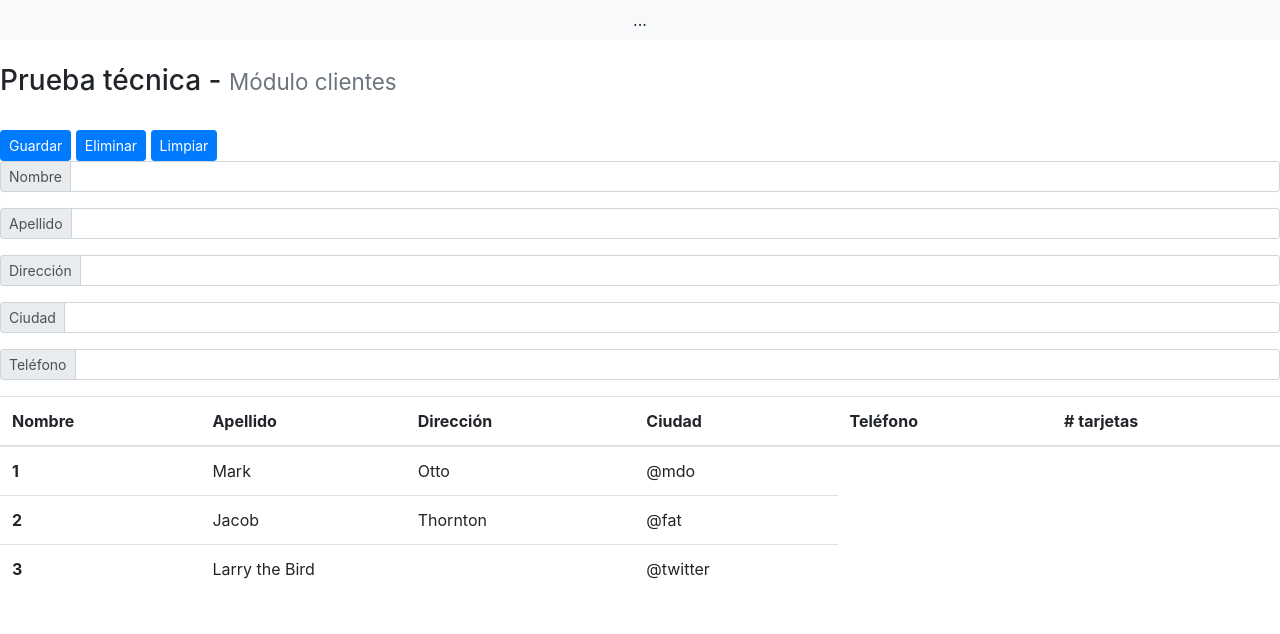
Repository: analozano16/ibm
Page: prueba_banco_war/src/main/webapp/index.html
These files come from the project's save history. The page is drawn as it stood at one moment and after the next save; the edit follows.
The browser window is 1280 px wide. The pictures show the whole page.
Some web libraries are served in a nearby version.

Above is the page before, as saved 2020-02-02 19:53:00.

### prueba_banco_war/src/main/webapp/index.html
<!DOCTYPE html>
<html ng-app="Clientes">
<head>
	<title>Prueba</title>
	<meta charset="utf-8" />
	<!-- angular -->
	<script src="https://ajax.googleapis.com/ajax/libs/angularjs/1.7.9/angular.min.js"></script>
	<!-- controlador -->
	<script type="text/javascript" src="app.js"></script>
	<!-- bootstrap -->
	<link rel="stylesheet" href="https://stackpath.bootstrapcdn.com/bootstrap/4.3.1/css/bootstrap.min.css" integrity="sha384-ggOyR0iXCbMQv3Xipma34MD+dH/1fQ784/j6cY/iJTQUOhcWr7x9JvoRxT2MZw1T" crossorigin="anonymous">

</head>
<body>

<nav class="navbar navbar-expand-sm bg-light justify-content-center">
  ...
</nav>

<br/>
<h3>
  Prueba técnica -
  <small class="text-muted"> Módulo clientes</small>
</h3>

<br/>
<button type="button" class="btn btn-primary btn-sm">Guardar</button>
<button type="button" class="btn btn-primary btn-sm">Eliminar</button>
<button type="button" class="btn btn-primary btn-sm">Limpiar</button>

<br/>
<div class="input-group input-group-sm mb-3">
  <div class="input-group-prepend">
    <span class="input-group-text" id="inputGroup-sizing-sm">Nombre</span>
  </div>
  <input type="text" class="form-control" aria-label="Small" aria-describedby="inputGroup-sizing-sm">
</div>


<div class="input-group input-group-sm mb-3">
  <div class="input-group-prepend">
    <span class="input-group-text" id="inputGroup-sizing-sm">Apellido</span>
  </div>
  <input type="text" class="form-control" aria-label="Small" aria-describedby="inputGroup-sizing-sm">
</div>
<div class="input-group input-group-sm mb-3">
  <div class="input-group-prepend">
    <span class="input-group-text" id="inputGroup-sizing-sm">Dirección</span>
  </div>
  <input type="text" class="form-control" aria-label="Small" aria-describedby="inputGroup-sizing-sm">
</div>
<div class="input-group input-group-sm mb-3">
  <div class="input-group-prepend">
    <span class="input-group-text" id="inputGroup-sizing-sm">Ciudad</span>
  </div>
  <input type="text" class="form-control" aria-label="Small" aria-describedby="inputGroup-sizing-sm">
</div>
<div class="input-group input-group-sm mb-3">
  <div class="input-group-prepend">
    <span class="input-group-text" id="inputGroup-sizing-sm">Teléfono</span>
  </div>
  <input type="text" class="form-control" aria-label="Small" aria-describedby="inputGroup-sizing-sm">
</div>


<table class="table table-hover">
  <thead>
    <tr>
      <th scope="col">Nombre</th>
      <th scope="col">Apellido</th>
      <th scope="col">Dirección</th>
      <th scope="col">Ciudad</th>
      <th scope="col">Teléfono</th>
      <th scope="col"># tarjetas</th>
    </tr>
  </thead>
  <tbody>
    <tr>
      <th scope="row">1</th>
      <td>Mark</td>
      <td>Otto</td>
      <td>@mdo</td>
    </tr>
    <tr>
      <th scope="row">2</th>
      <td>Jacob</td>
      <td>Thornton</td>
      <td>@fat</td>
    </tr>
    <tr>
      <th scope="row">3</th>
      <td colspan="2">Larry the Bird</td>
      <td>@twitter</td>
    </tr>
  </tbody>
</table>
</body>
</html>

### prueba_banco_war/src/main/webapp/app.js
var app = angular.module("Clientes",[]);

app.controller("ClienteController", function($scope){

});

After the next save:
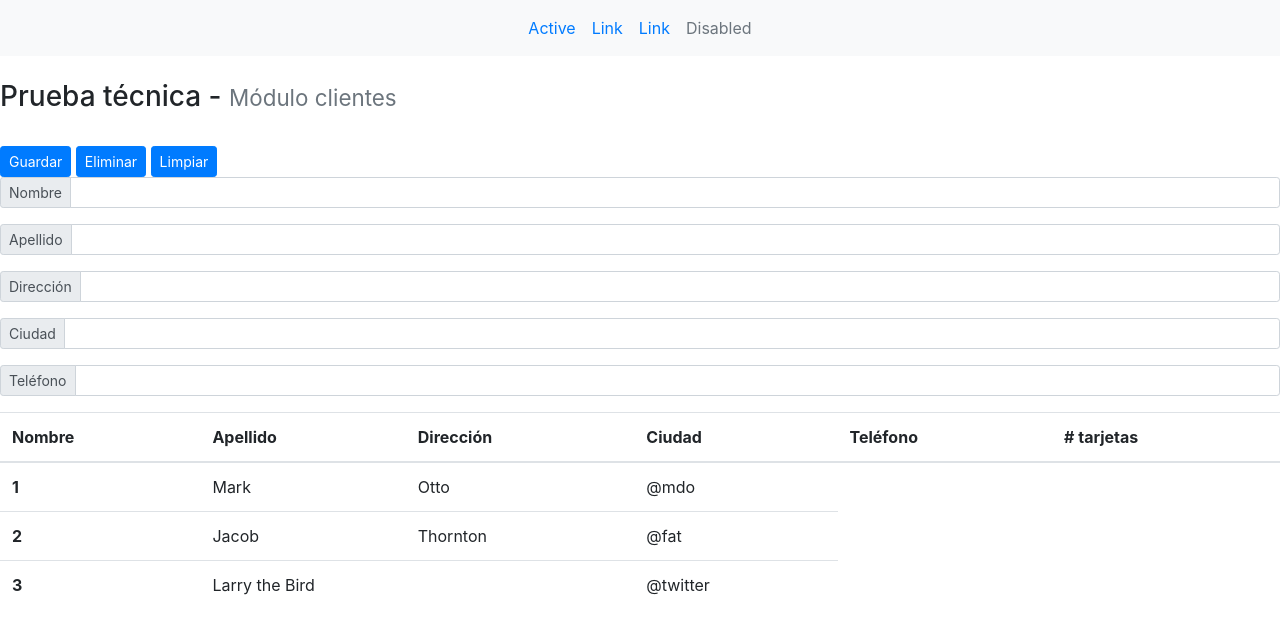
Saved 41 s later.
--- a/prueba_banco_war/src/main/webapp/index.html
+++ b/prueba_banco_war/src/main/webapp/index.html
@@ -14,7 +14,20 @@
 <body>
 
 <nav class="navbar navbar-expand-sm bg-light justify-content-center">
-  ...
+  <ul class="navbar-nav">
+    <li class="nav-item active">
+      <a class="nav-link" href="#">Active</a>
+    </li>
+    <li class="nav-item">
+      <a class="nav-link" href="#">Link</a>
+    </li>
+    <li class="nav-item">
+      <a class="nav-link" href="#">Link</a>
+    </li>
+    <li class="nav-item">
+      <a class="nav-link disabled" href="#">Disabled</a>
+    </li>
+  </ul>
 </nav>
 
 <br/>
